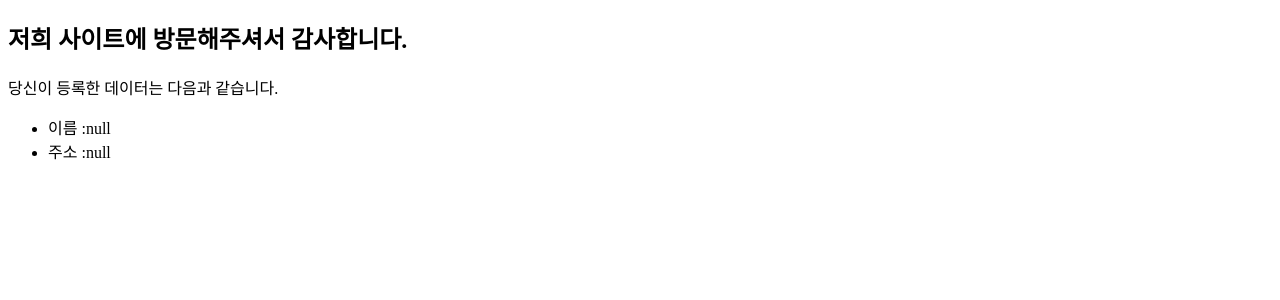
Repository: lty516/jspwork
Page: http://localhost/myjsp2/actiontag/kr.jsp
These files come from the project's save history. The page is drawn as it stood at one moment and after the next save; the edit follows.
The browser window is 1280 px wide. The pictures show the whole page.
The page is served by Tomcat 9.

Above is the page before, as saved 2020-08-14 02:38:14.

### myjsp2/WebContent/actiontag/kr.jsp
<%@ page contentType="text/html; charset=utf-8"%>
<!DOCTYPE html>
<html>
<head>
<meta charset="utf-8">
<title>Insert title here</title>
</head>
<body>
	<h2>저희 사이트에 방문해주셔서 감사합니다.</h2>
	당신이 등록한 데이터는 다음과 같습니다.<br>
	<ul>
		<li>이름 :<%=request.getParameter("irum") %></li>
		<li>주소 :<%=request.getParameter("addr") %></li>
	</ul>
</body>
</html>

After the next save:
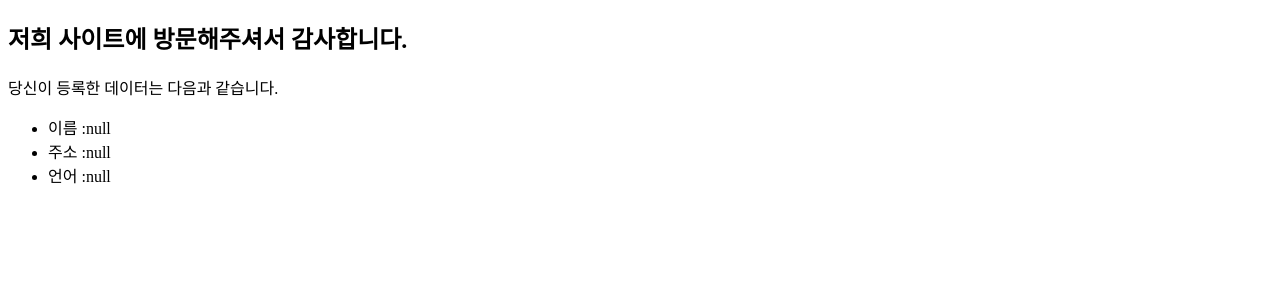
Saved 3 s later.
--- a/myjsp2/WebContent/actiontag/kr.jsp
+++ b/myjsp2/WebContent/actiontag/kr.jsp
@@ -11,6 +11,8 @@
 	<ul>
 		<li>이름 :<%=request.getParameter("irum") %></li>
 		<li>주소 :<%=request.getParameter("addr") %></li>
+		<li>언어 :<%=request.getParameter("lang") %></li>
+
 	</ul>
 </body>
 </html>
